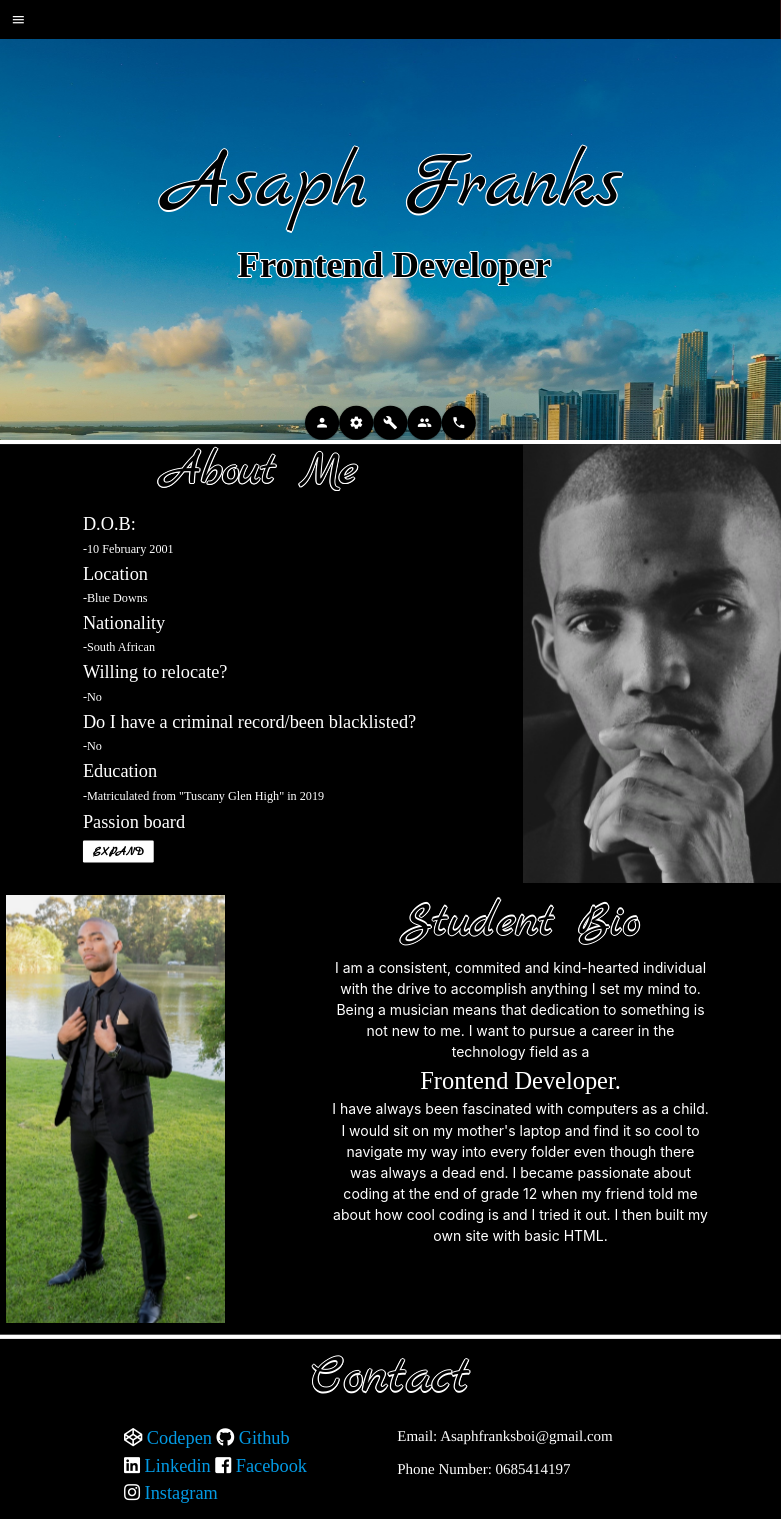
Repository: Ajtheult/portfolio.v3
Page: /portfolio-v3
These files come from the project's save history. The page is drawn as it stood at one moment and after the next save; the edit follows.
The browser window is 1280 px wide. The pictures show the whole page, at 61% of full size.
Some web fonts or font styles are not loaded; a fallback is used. The project was rebuilt for these pictures with package versions that can differ from the ones it lists, and the page was loaded fresh each time. Also part of the build but not shown: src/components/layout/pages/Skills.js, src/components/layout/pages/MyWork.js, src/components/layout/pages/Testimonials.js.

Above is the page before, as saved 2020-07-24 11:52:45.

### public/index.html
<!DOCTYPE html>
<html lang="en">
  <head>
    <meta charset="utf-8" />
    <link rel="icon" href="%PUBLIC_URL%/favicon.ico" />
    <meta name="viewport" content="width=device-width, initial-scale=1" />
    <meta name="theme-color" content="#000000" />
    <meta
      name="description"
      content="Web site created using create-react-app"
    />

    <link rel="manifest" href="%PUBLIC_URL%/manifest.json" />
    <link
      href="https://fonts.googleapis.com/css2?family=Marck+Script&display=swap"
      rel="stylesheet"
    />
    <link
      href="https://fonts.googleapis.com/css2?family=Gruppo&display=swap"
      rel="stylesheet"
    />
    <link rel="manifest" href="%PUBLIC_URL%/manifest.json" />

    <link
      rel="stylesheet"
      href="https://fonts.googleapis.com/icon?family=Material+Icons"
    />

    <link
      rel="stylesheet"
      href="https://use.fontawesome.com/releases/v5.7.2/css/all.css"
      integrity="sha384-fnmOCqbTlWIlj8LyTjo7mOUStjsKC4pOpQbqyi7RrhN7udi9RwhKkMHpvLbHG9Sr"
      crossorigin="anonymous"
    />
    <title>Asaph Franks portfolio</title>
  </head>
  <body>
    <noscript>You need to enable JavaScript to run this app.</noscript>
    <div id="root"></div>
  </body>
</html>

### src/index.js
import React from "react";
import ReactDOM from "react-dom";
import App from "./App";
import "materialize-css/dist/css/materialize.min.css";

ReactDOM.render(
  <React.StrictMode>
    <App />
  </React.StrictMode>,
  document.getElementById("root")
);

### src/App.js
import React from "react";

import { Home } from "./components/layout/pages/Home";
import { Skills } from "./components/layout/pages/Skills";
import { MyWork } from "./components/layout/pages/MyWork";
import { Testimonials } from "./components/layout/pages/Testimonials";
import Navbar from "./components/layout/navbar/Navbar";

import { BrowserRouter as Router, Route, Switch } from "react-router-dom";
import "./App.css";

function App() {
  return (
    <Router>
      <div className="App">
        <Navbar />

        <Switch>
          <Route exact path="/portfolio-v3" component={Home} />
          <Route path="/skills" component={Skills} />
          <Route path="/mywork" component={MyWork} />
          <Route path="/testimonials" component={Testimonials} />
        </Switch>
      </div>
    </Router>
  );
}

export default App;

### src/components/layout/pages/Home.js
import React from "react";
import background1 from "../resources/background1.jpg";
import me from "../resources/me.jpeg";
import me2 from "../resources/me2.jpg";
import M from "materialize-css";
import "../../../App.css";

import { Parallax } from "react-parallax";
import { Link } from "react-router-dom";

export const Home = () => {
  document.addEventListener("DOMContentLoaded", function () {
    var elems = document.querySelectorAll(".modal");
    // eslint-disable-next-line
    var instances = M.Modal.init(elems, {});
  });

  return (
    <div className="colour_of_about_text">
      <Parallax bgImage={background1} strength={1000}>
        <div style={{ height: 601 }}>
          <div className="style_for_landingpage">
            <h1 className="intro_name_top">Asaph Franks</h1>
            <h4 className="intro_name_bottom">Frontend Developer</h4>
          </div>
        </div>

        <a
          className="btn-floating btn-large waves-effect waves-light black center"
          href="#about"
        >
          <i className="material-icons">person</i> {/*About */}
        </a>
        <Link
          className="btn-floating btn-large waves-effect waves-light black center"
          to="/skills"
          target="_blank"
        >
          <i className="material-icons">settings</i> {/*Skills*/}
        </Link>
        <Link
          to="/mywork"
          className="btn-floating btn-large waves-effect waves-light black center"
          target="_blank"
        >
          <i className="material-icons">build</i> {/*Work*/}
        </Link>
        <Link
          to="/testimonials"
          className="btn-floating btn-large waves-effect waves-light black center"
          target="_blank"
        >
          <i className="material-icons">people</i> {/*Testimonials*/}
        </Link>
        <a
          className="btn-floating btn-large waves-effect waves-light black center"
          href="#contact"
        >
          <i className="material-icons">phone</i> {/*Contact*/}
        </a>
      </Parallax>
      <div style={{ height: "1vh" }} className="white move_the_con" />
      <div className="row">
        <div className="col s8">
          {" "}
          {/* Information on About page-Start */}
          <div className="container">
            <h1 className="about-title" id="about">
              About Me
            </h1>

            <h5 className="my_info">D.O.B:</h5>
            <p className="my_info_2">-10 February 2001</p>
            <h5 className="my_info"> Location </h5>
            <p className="my_info_2">-Blue Downs</p>
            <h5 className="my_info">Nationality</h5>
            <p className="my_info_2">-South African</p>
            <h5 className="my_info">Willing to relocate?</h5>
            <p className="my_info_2">-No</p>
            <h5 className="my_info">
              Do I have a criminal record/been blacklisted?
            </h5>
            <p className="my_info_2">-No</p>
            <h5 className="my_info">Education</h5>
            <p className="my_info_2">
              -Matriculated from "Tuscany Glen High" in 2019
            </p>
            <h4 className="my_info">Passion board</h4>
            <div className="my_info_3">
              <a
                className="waves-effect waves-light btn modal-trigger white"
                href="#modal1"
              >
                <p className="black_text margin_on_top">Expand</p>
              </a>
              <div id="modal1" className="modal bottom-sheet">
                <div className="modal-content">
                  <h4 className="black_text passion_heading">Passion Board</h4>
                  <div className="black_text">
                    {" "}
                    <h4 className="passion_content">-Music</h4>
                    <h4 className="passion_content">-Playing Video games</h4>
                    <h4 className="passion_content">-Playing Table Tennis</h4>
                    <h4 className="passion_content">-Watching anime</h4>
                    <h4 className="passion_content">-Drawing</h4>
                  </div>
                </div>
              </div>
            </div>
          </div>
          {/* Information on About page-Start */}
        </div>
        <div>
          <Parallax
            bgImage={me}
            strength={800}
            style={{ width: "33%" }}
            className="right"
          >
            <div style={{ height: "100vh" }}></div>
          </Parallax>
        </div>
      </div>

      <div className="row">
        <div className="col s5">
          <Parallax bgImage={me2} strength={150} style={{ width: "70%" }}>
            <div style={{ height: 700 }}>
              <div className="intro_name style_for_landingpage"></div>
            </div>
          </Parallax>
        </div>

        <div className="col s7 about_container" style={{ width: "50%" }}>
          <h6 className="about-title center">Student Bio</h6>
          <p className="student_bio ">
            I am a consistent, commited and kind-hearted individual with the
            drive to accomplish anything I set my mind to. Being a musician
            means that dedication to something is not new to me. I want to
            pursue a career in the technology field as a <br />
            <strong className="big_frontend">
              Frontend Developer.
            </strong> <br /> I have always been fascinated with computers as a
            child. I would sit on my mother's laptop and find it so cool to
            navigate my way into every folder even though there was always a
            dead end. I became passionate about coding at the end of grade 12
            when my friend told me about how cool coding is and I tried it out.
            I then built my own site with basic HTML.
          </p>
        </div>
      </div>
      {/* Contact section */}
      <div style={{ height: "1vh" }} className="white move_the_con" />
      <footer style={{ fontFamily: "Times" }} className="page-footer black">
        <div className="container" id="contact">
          <div className="row">
            <h1 className="contact-title">Contact</h1>
            <div className="col l6 s12">
              {" "}
              <div className="logos">
                <i className="fab fa-codepen">
                  {" "}
                  <a
                    href="https://codepen.io/ajtheult"
                    rel="noopener noreferrer"
                    target="_blank"
                  >
                    Codepen&nbsp;
                  </a>{" "}
                </i>
                <i className="fab fa-github">
                  {" "}
                  <a
                    href="https://github.com/Ajtheult"
                    rel="noopener noreferrer"
                    target="_blank"
                  >
                    Github&nbsp;
                  </a>{" "}
                </i>
                <i className="fab fa-linkedin">
                  {" "}
                  <a
                    href="https://www.linkedin.com/in/asaph-franks-307a231a5/"
                    rel="noopener noreferrer"
                    target="_blank"
                  >
                    Linkedin&nbsp;
                  </a>{" "}
                </i>
                <i className="fab fa-facebook-square">
                  {" "}
                  <a
                    href="https://www.facebook.com/asaph.franks.7/"
                    rel="noopener noreferrer"
                    target="_blank"
                  >
                    Facebook&nbsp;
                  </a>{" "}
                </i>
                <i className="fab fa-instagram">
                  {" "}
                  <a
                    href="https://www.instagram.com/aj_the_ultimate/?fbclid=IwAR1maxejej29IRwM2tTQavtbmTC9TFLbAwZoi52WwiJhzLvcEucPXSZHX2o"
                    rel="noopener noreferrer"
                    target="_blank"
                  >
                    Instagram&nbsp;
                  </a>{" "}
                </i>
              </div>
            </div>
            <div className="col l6 s12" style={{ marginTop: "-10px" }}>
              <h5 className="left">Email: Asaphfranksboi@gmail.com</h5>
              <br />
              <h5 className="left">Phone Number: 0685414197</h5>
            </div>
            {/* Contact details and icons */}
          </div>
        </div>
      </footer>
    </div>
  );
};

### src/components/layout/navbar/Navbar.js
/* eslint-disable no-unused-vars */
import React, { Component } from "react";
import M from "materialize-css/dist/js/materialize.min.js";
import me from "./me.jpg";
import music from "./music.jpg";
import "../../../App.css";
import { Link } from "react-router-dom";

export class Navbar extends Component {
  componentDidMount() {
    document.addEventListener("DOMContentLoaded", function () {
      var elems = document.querySelectorAll(".sidenav");
      var instances = M.Sidenav.init(elems, {});
    });
  }

  render() {
    return (
      <div>
        <nav>
          <div className="nav-wrapper colour">
            <a
              href="#home"
              data-target="slide-out"
              className="sidenav-trigger show-on-large"
            >
              <i className="material-icons">menu</i>
            </a>
          </div>
        </nav>

        <ul id="slide-out" className="sidenav">
          <li>
            <div className="user-view">
              <div className="background">
                <img className="background_img" src={music} alt="img" />
              </div>

              <img className="circle" src={me} alt="img of me" />

              <span className="black-text name move_me">Asaph Franks</span>

              <span className="black-text email  move_me">
                Asaphfranksboi@gmail.com
              </span>
            </div>
            {/* Change font so that the name can be better read */}
          </li>
          <Link to="/portfolio-v3">
            <br />
            <li className="colour_of_nav">Home</li>
          </Link>{" "}
          <br />
          <Link to="/skills">
            <li className="colour_of_nav">Skills</li>
          </Link>
          <br />
          <Link to="/mywork">
            <li className="colour_of_nav">Work</li>
          </Link>
          <br />
          <Link to="/testimonials">
            <li className="colour_of_nav">Testimonials</li>
          </Link>
        </ul>
      </div>
    );
  }
}

export default Navbar;

### src/App.css
.App {
  text-align: center;
}

body {
  background-color: black;
  color: white;
}
.background_img {
  width: 100%;
  height: 100%;
}

.move_me {
  text-align: left;
}

.colour {
  background-color: black;
}

img.bg {
  /* Set rules to fill background */
  min-height: 100%;
  min-width: 1024px;

  /* Set up proportionate scaling */
  width: 100%;
  height: auto;

  /* Set up positioning */
  position: fixed;
  top: 0;
  left: 0;
  z-index: -1;
}

div.admin-bg {
  /* Set up positioning */
  position: fixed;
  top: 0;
  left: 0;
  z-index: -1;
  background-color: black;
}

@media screen and (max-width: 1024px) {
  /* Specific to this particular image */
  img.bg {
    left: 50%;
    margin-left: -512px; /* 50% */
  }
}

.intro_name_top {
  font-family: "Marck Script", cursive;
  font-size: 130px;
  color: black;
  text-shadow: 2px 0 0 #fff, -2px 0 0 #fff, 0 2px 0 #fff, 0 -2px 0 #fff,
    1px 1px #fff, -1px -1px 0 #fff, 1px -1px 0 #fff, -1px 1px 0 #fff;
}
.testimonial_title {
  font-family: "Marck Script", cursive;
  color: black;
  font-size: 80px;
  text-shadow: 2px 0 0 #fff, -2px 0 0 #fff, 0 2px 0 #fff, 0 -2px 0 #fff,
    1px 1px #fff, -1px -1px 0 #fff, 1px -1px 0 #fff, -1px 1px 0 #fff;
}

.intro_name_bottom {
  font-size: 60px;
  color: #000000;
  font-weight: bold;
  text-shadow: 2px 0 0 #fff, -2px 0 0 #fff, 0 2px 0 #fff, 0 -2px 0 #fff,
    1px 1px #fff, -1px -1px 0 #fff, 1px -1px 0 #fff, -1px 1px 0 #fff;
  font-family: "Gruppo", cursive;
}

.logos {
  text-align: left;
  font-size: 30px;
}

.contact-title {
  margin-top: -5px;
  font-family: "Marck Script", cursive;
  font-size: 90px;
  color: black;
  text-shadow: 2px 0 0 #fff, -2px 0 0 #fff, 0 2px 0 #fff, 0 -2px 0 #fff,
    1px 1px #fff, -1px -1px 0 #fff, 1px -1px 0 #fff, -1px 1px 0 #fff;
}

.about-title {
  margin-top: 1px;
  font-family: "Marck Script", cursive;
  font-size: 80px;
  color: black;
  text-shadow: 2px 0 0 #fff, -2px 0 0 #fff, 0 2px 0 #fff, 0 -2px 0 #fff,
    1px 1px #fff, -1px -1px 0 #fff, 1px -1px 0 #fff, -1px 1px 0 #fff;
}

.student_bio {
  margin-top: 2%;
  font-size: 23px;
}

.big_frontend {
  font-size: 40px;
  font-family: "Gruppo", cursive;
}

.move_the_name {
  margin-top: -12px;
  font-size: 20px;
  font-weight: bold;
}

.enlarge_paragraph {
  font-size: 22px;
  font-family: "Times New Roman", Times, serif;
}

.my_info {
  font-size: 30px;
  text-align: left;
  font-family: "Gruppo", cursive;
}

.my_info_2 {
  font-size: 20px;
  text-align: left;
  line-height: 8px;
  font-family: "Times New Roman", Times, serif;
}

.my_info_3 {
  font-size: 25px;
  text-align: left;
  line-height: 8px;
  font-family: "Times New Roman", Times, serif;
}

.black_text {
  color: black;
}

.passion_heading {
  text-align: center;
  font-family: "Marck Script", cursive;
  font-size: 45px;
}

.passion_content {
  font-family: "Gruppo", cursive;
  font-weight: bold;
  line-height: 25px;
}

.margin_on_top {
  margin-top: 1px;
  font-size: 20px;
  font-family: "Marck Script", cursive;
  font-weight: bold;
}

.my_work_desc {
  font-size: 20px;
  font-family: "Times New Roman", Times, serif;
}

.my_work_title {
  font-family: "Gruppo", cursive;
  color: black;
  font-size: 30px;
  text-shadow: 2px 0 0 rgb(0, 0, 0), -2px 0 0 rgb(0, 0, 0), 0 2px 0 #fff,
    0 -2px 0 #fff, 1px 1px #fff, -1px -1px 0 #fff, 1px -1px 0 #fff,
    -1px 1px 0 #fff;
}

.link-size {
  font-size: 40px;
  margin-top: -40px;
  padding: 1%;
  text-align: left;
  margin-left: 60px;
  font-family: "Gruppo", cursive;
  color: blue;
}

.button_margin {
  margin-top: 5px;
}

.work_title {
  font-family: "Marck Script", cursive;
  color: black;
  font-size: 50px;
  text-shadow: 2px 0 0 #fff, -2px 0 0 #fff, 0 2px 0 #fff, 0 -2px 0 #fff,
    1px 1px #fff, -1px -1px 0 #fff, 1px -1px 0 #fff, -1px 1px 0 #fff;
}

.colour_of_nav {
  color: black;
  margin-top: -30px;
}

.style_for_landingpage {
  margin-left: 15.5%;
  margin-top: 6%;
  position: absolute;
  padding: 50px;
  width: 70%;
  transform: "translate(-50%, -50%)";
}

.skills_li {
  position: relative;
  list-style: none;
  margin: 50px 0;
  font-weight: 500;
  text-transform: uppercase;
}

.skills_li:before {
  content: "";
  position: absolute;
  top: calc(100% + 10px);
  left: 0;
  width: 100%;
  height: 15px;
  background-color: rgba(54, 126, 223, 0.5);
  border-radius: 1000px;
}

.skills_li:after {
  content: "";
  position: absolute;
  top: calc(100% + 10px);
  left: 0;
  width: 0;
  height: 15px;
  background-color: rgba(54, 126, 223, 1);
  border-radius: 1000px;
  animation-duration: 0.7s;
  animation-timing-function: ease;
  animation-fill-mode: forwards;
}

.html:after {
  animation-name: html;
}

@keyframes html {
  to {
    width: 81%;
  }
}

.css:after {
  animation-name: css;
}

@keyframes css {
  to {
    width: 64%;
  }
}

.js:after {
  animation-name: js;
}

@keyframes js {
  to {
    width: 37%;
  }
}

.py:after {
  animation-name: py;
}

@keyframes py {
  to {
    width: 43%;
  }
}

.sql:after {
  animation-name: sql;
}

@keyframes sql {
  to {
    width: 36%;
  }
}

.react:after {
  animation-name: react;
}

@keyframes react {
  to {
    width: 73%;
  }
}

.skills_text {
  font-family: "Marck Script", cursive;
  color: black;
  font-size: 30px;
  text-shadow: 1px 0 0 #fff, -2px 0 0 #fff, 0 2px 0 #fff, 0 -2px 0 #fff,
    1px 1px #fff, -1px -1px 0 #fff, 1px -1px 0 #fff, -1px 1px 0 #fff;
  margin-top: -20px;
}

.skills_heading {
  font-family: "Marck Script", cursive;
  color: black;
  font-size: 60px;
  text-shadow: 1px 0 0 #fff, -2px 0 0 #fff, 0 2px 0 #fff, 0 -2px 0 #fff,
    1px 1px #fff, -1px -1px 0 #fff, 1px -1px 0 #fff, -1px 1px 0 #fff;
  margin-top: -50px;
}

.container_properties {
  width: 800px;
  margin: 50px auto 0;
  padding: 20px;
  line-height: 55px;
}

After the next save:
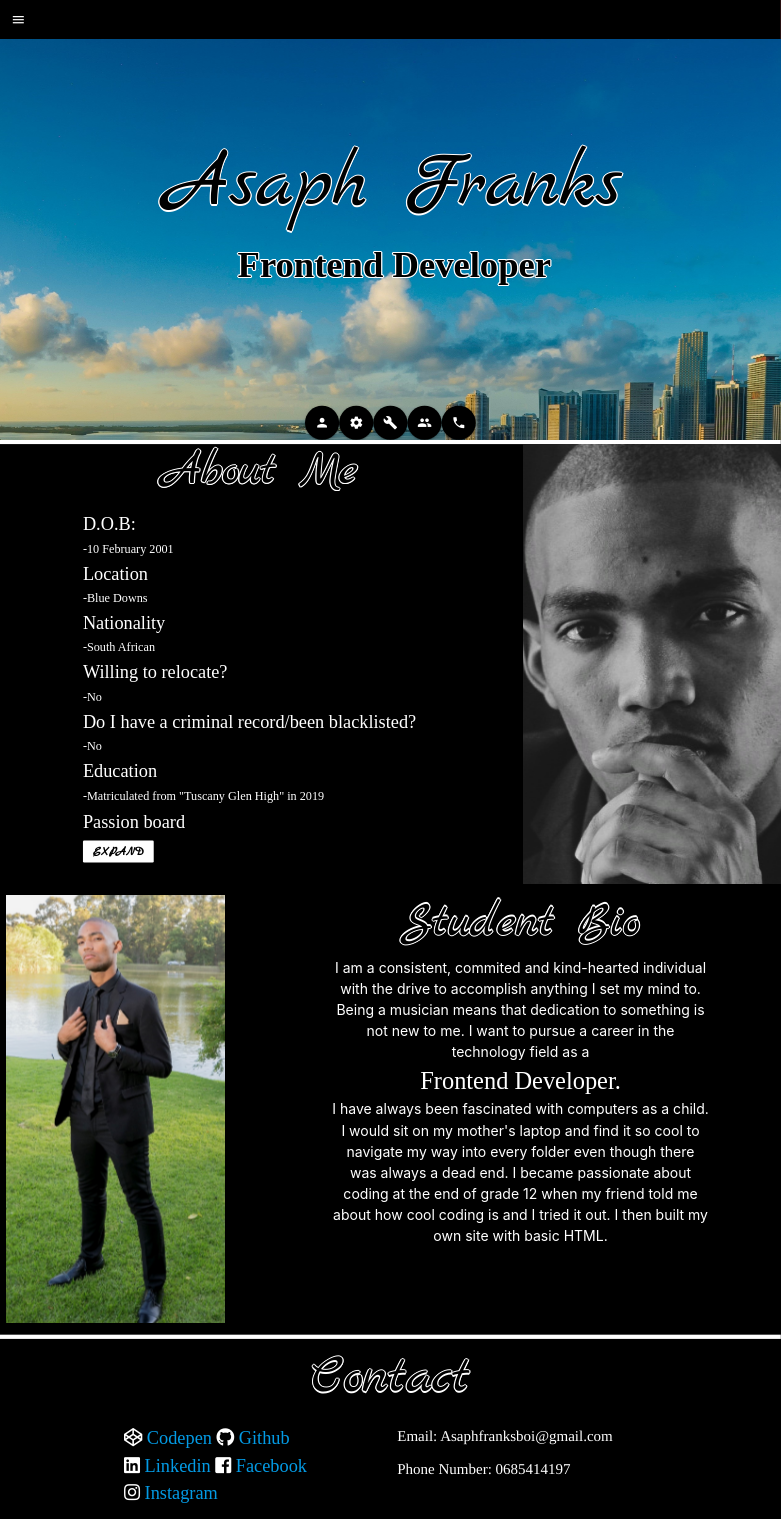
Saved 13 s later.
--- a/src/components/layout/pages/Home.js
+++ b/src/components/layout/pages/Home.js
@@ -113,7 +113,7 @@ export const Home = () => {
         <div>
           <Parallax
             bgImage={me}
-            strength={800}
+            strength={1000}
             style={{ width: "33%" }}
             className="right"
           >
